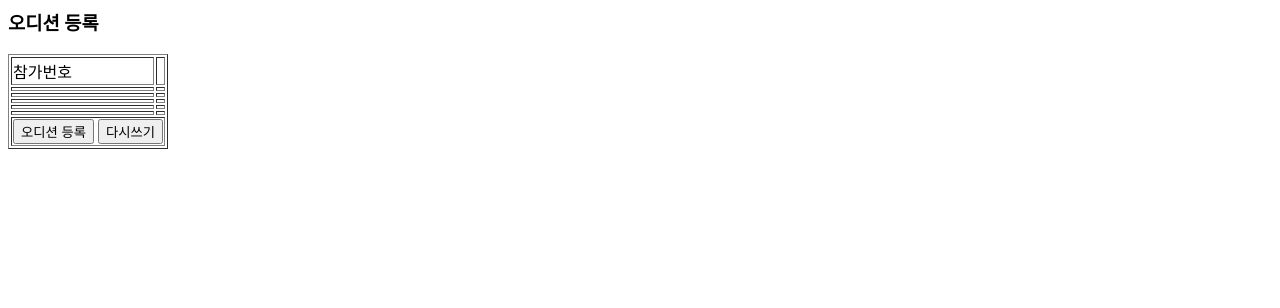
Repository: JQWJ/oudition_jsp
Page: http://localhost/oudition_pro/action/insert_oudition.jsp
The author's editor kept a copy of each file at every save. The page is drawn from the files as they stood at one save, then again after the next save.
The browser window is 1280 px wide. The pictures show the whole page.
The page is served by Tomcat 9.

Above is the page before, as saved 2020-12-09 05:23:48.

After the next save:
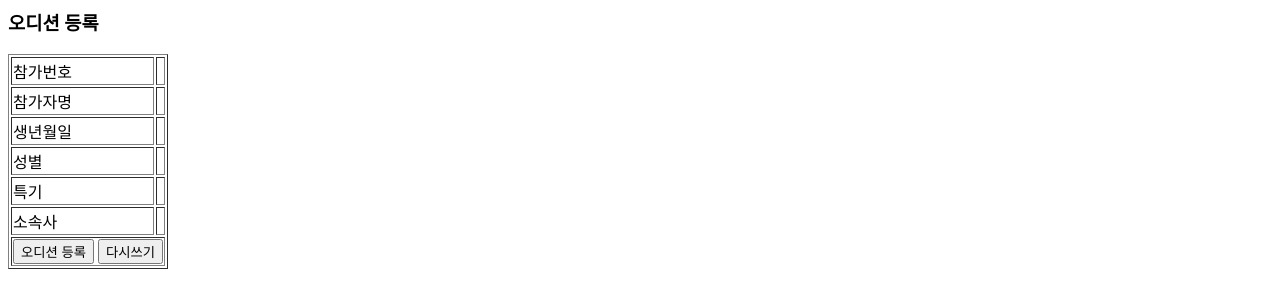
Saved 13 s later.
--- a/oudition_pro/WebContent/action/insert_oudition.jsp
+++ b/oudition_pro/WebContent/action/insert_oudition.jsp
@@ -9,23 +9,23 @@
 			<td></td>
 		</tr>
 		<tr>
-			<td></td>
+			<td>참가자명</td>
 			<td></td>
 		</tr>
 		<tr>
-			<td></td>
+			<td>생년월일</td>
 			<td></td>
 		</tr>
 		<tr>
-			<td></td>
+			<td>성별</td>
 			<td></td>
 		</tr>
 		<tr>
-			<td></td>
+			<td>특기</td>
 			<td></td>
 		</tr>
 		<tr>
-			<td></td>
+			<td>소속사</td>
 			<td></td>
 		</tr>
 		<tr>
